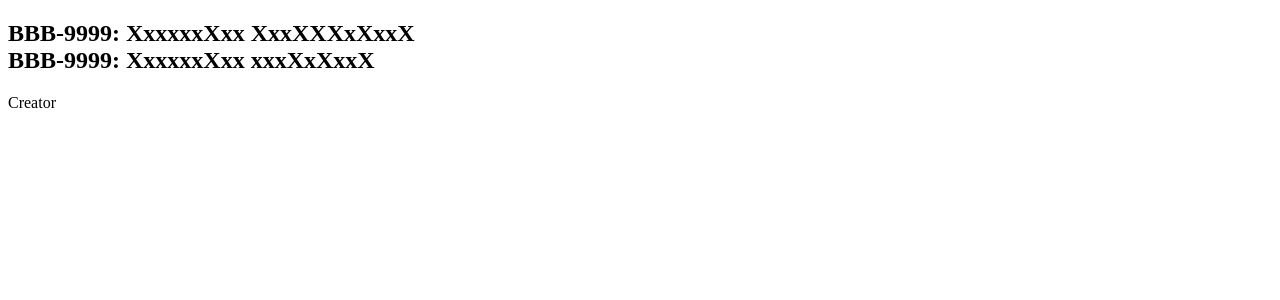
Repository: AnaBerlanda/PaginaFer
Page: index.html
These files come from the project's save history. The page is drawn as it stood at one moment and after the next save; the edit follows.
The browser window is 1280 px wide. The pictures show the whole page.

Above is the page before, as saved 2022-05-20 14:27:30.

After the next save:
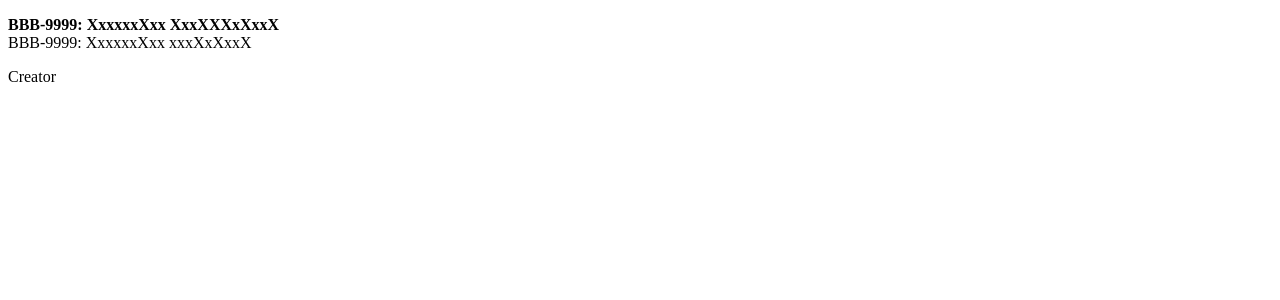
Saved 27 s later.
--- a/index.html
+++ b/index.html
@@ -7,10 +7,10 @@
     <title>Release</title>
 </head>
 <body>
-    <h2>
+    <p>
         <strong>BBB-9999: XxxxxxXxx XxxXXXxXxxX</strong><br>
         BBB-9999: XxxxxxXxx xxxXxXxxX
-    </h2>
+    </p>
     <div class="container">
 
     <div class="textos">
